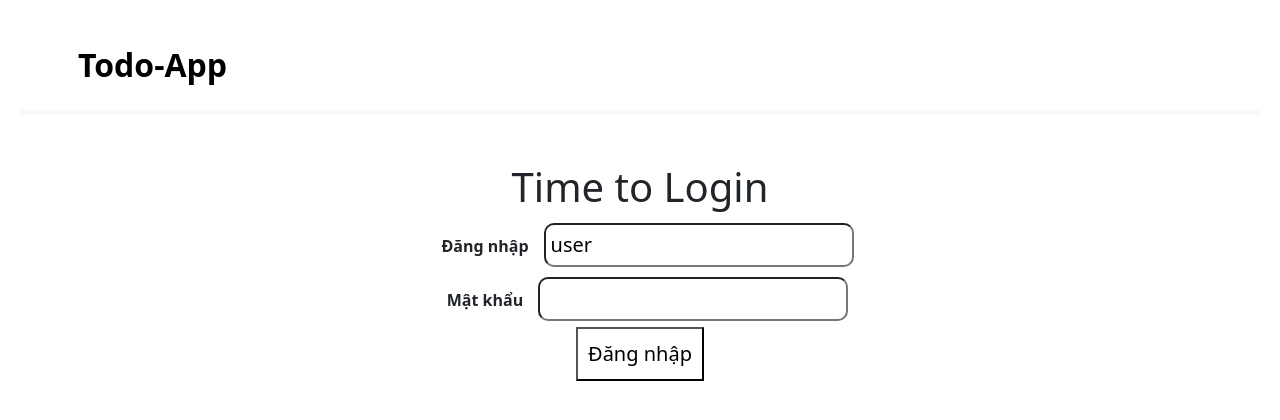
Repository: Nqvinh7603/ToDo-Management-App
Page: /login
An editor plug-in stored every save of this project. The page is shown before and after the next save, followed by the edit.
The browser window is 1280 px wide. The pictures show the whole page.
The project was rebuilt for these pictures with package versions that can differ from the ones it lists, and the page was loaded fresh each time. Also part of the build but not shown: vite.config.js, src/todo/component/LogoutComponent.jsx, src/todo/component/FooterComponent.jsx, src/todo/component/ListTodosComponent.jsx, src/todo/component/ErrorComponent.jsx, src/todo/component/WelcomeComponent.jsx.

Above is the page before, as saved 2024-01-13 12:49:22.

After the next save:
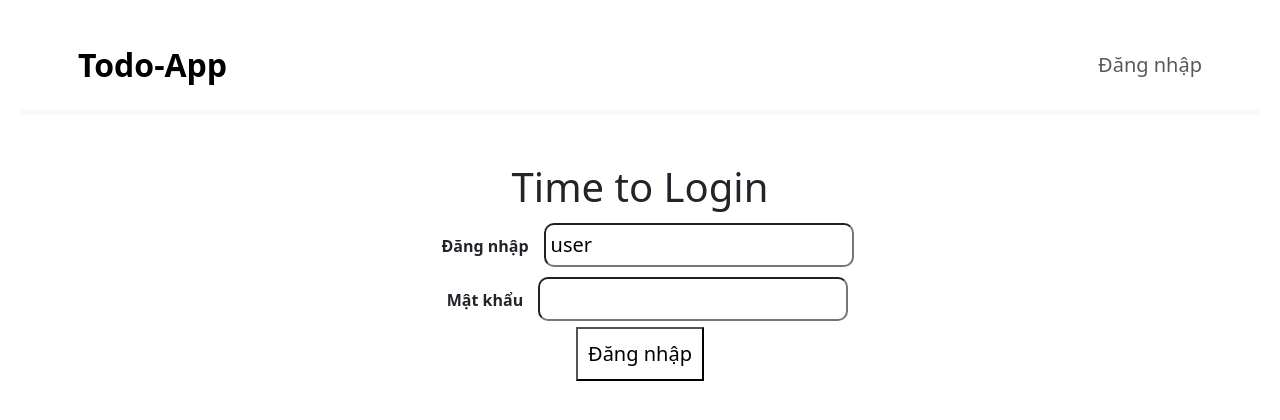
Saved 28 s later.
--- a/src/todo/component/HeaderComponent.jsx
+++ b/src/todo/component/HeaderComponent.jsx
@@ -39,7 +39,7 @@
             </div>
             <ul className="navbar-nav">
               <li className="nav-item fs-5">
-              {isAuthenticated && <Link className="nav-link" to="/login">Đăng nhập</Link> }
+              {!isAuthenticated && <Link className="nav-link" to="/login">Đăng nhập</Link> }
               </li>
               <li className="nav-item fs-5">
               {isAuthenticated && <Link className="nav-link" to="/logout">Đăng xuất</Link> }
